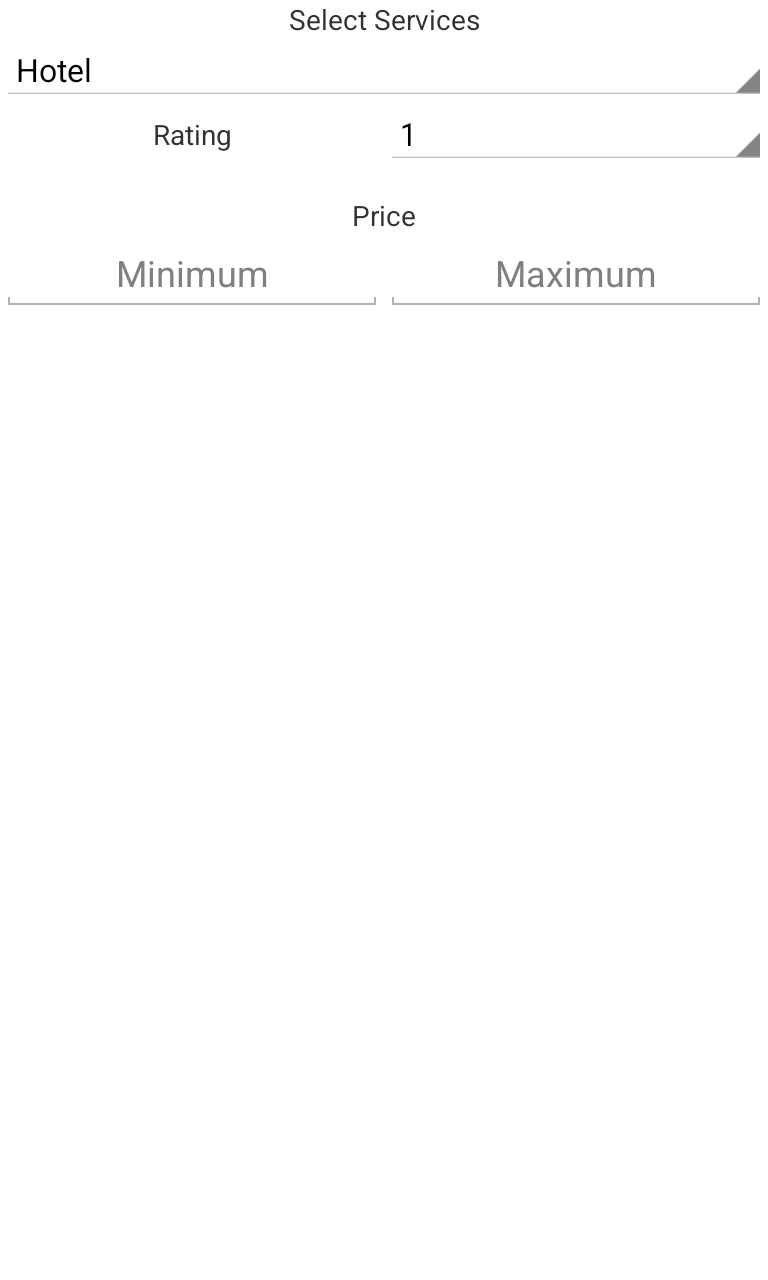
Repository: AungWinnHtut/projAndroid
Layout: com.engineer4myanmar.json.MainActivity/res/layout/activity_search.xml
The author's editor kept a copy of each file at every save. The layout is drawn from the files as they stood at one save, then again after a run of saves.
It is drawn on a 768 x 1280 px phone screen (xhdpi) without system bars, with theme AppTheme; the app's code is not run.

Above is the layout before, as saved 2015-08-23 11:19:47.

### com.engineer4myanmar.json.MainActivity/res/layout/activity_search.xml
<LinearLayout xmlns:android="http://schemas.android.com/apk/res/android"
    xmlns:tools="http://schemas.android.com/tools"
    android:layout_width="match_parent"
    android:layout_height="match_parent"
    android:orientation="vertical" >

    <LinearLayout
        android:layout_width="match_parent"
        android:layout_height="wrap_content"
        android:orientation="vertical" >

        <TextView
            android:layout_width="match_parent"
            android:layout_height="wrap_content"
            android:layout_gravity="center"
            android:gravity="center"
            android:text="Select Services" />

        <Spinner
            android:id="@+id/spinner1"
            android:layout_width="match_parent"
            android:layout_height="wrap_content"
            android:entries="@array/services_arrays"
            android:prompt="@string/services_prompt" />
    </LinearLayout>

    <LinearLayout
        android:layout_width="match_parent"
        android:layout_height="wrap_content"
        android:orientation="horizontal" >

        <TextView
            android:layout_width="0dp"
            android:layout_height="wrap_content"
            android:layout_gravity="center"
            android:layout_weight="1"
            android:gravity="center"
            android:text="Rating" />

        <Spinner
            android:id="@+id/spinner1"
            android:layout_width="0dp"
            android:layout_height="wrap_content"
            android:layout_gravity="center"
            android:layout_weight="1"
            android:entries="@array/ratings_arrays"
            android:gravity="center"
            android:prompt="@string/rating_prompt" />
    </LinearLayout>

    <LinearLayout
        android:layout_width="match_parent"
        android:layout_height="wrap_content"
        android:layout_marginTop="15dp"
        android:orientation="horizontal" >

        <TextView
            android:layout_width="match_parent"
            android:layout_height="wrap_content"
            android:layout_gravity="center"
            android:gravity="center"
            android:text="Price" />
    </LinearLayout>

    <LinearLayout
        android:layout_width="match_parent"
        android:layout_height="wrap_content"
        android:orientation="horizontal" >

        <EditText
            android:layout_width="0dp"
            android:layout_height="wrap_content"
            android:layout_gravity="center"
            android:layout_weight="1"
            android:gravity="center"
            android:hint="Minimum" />
         <EditText
            android:layout_width="0dp"
            android:layout_height="wrap_content"
            android:layout_gravity="center"
            android:layout_weight="1"
            android:gravity="center"
            android:hint="Maximum" />

    </LinearLayout>

</LinearLayout>

### com.engineer4myanmar.json.MainActivity/res/values/strings.xml
<resources>

    <string name="app_name">ExcellentService</string>
    <string name="hello_world">Hello world!</string>
    <string name="menu_settings">Settings</string>
    <string name="title_activity_main">ExcellentService</string>
    <string name="title_activity_services_menu">ExcellentService</string>
    <string name="title_activity_register">ExcellentService</string>
    <string name="title_activity_welcome">WelcomeActivity</string>
    <string name="title_activity_search">SearchActivity</string>
    <string name="services_prompt">Hotel</string>
    <string name="rating_prompt">1</string>
    <string name="cuisine_prompt">Chinese</string>
    <string name="range_prompt">1 km</string>

    <string-array name="services_arrays">
        <item>Hotel</item>
        <item>Bank</item>
        <item>Restaurant</item>
        <item>Hospital</item>
    </string-array>
    <string-array name="ratings_arrays">
        <item>1</item>
        <item>2</item>
        <item>3</item>
        <item>4</item>
        <item>5</item>
    </string-array>
    <string-array name="cuisine_arrays">
        <item>Chinese</item>
        <item>Thai</item>
        <item>Burmese</item>
        <item>Japanese</item>
    </string-array>

      <string-array name="range_arrays">
        <item>1 km</item>
        <item>2 km</item>
        <item>3 km</item>
        <item>4 km</item>
        <item>5 km</item>
    </string-array>

</resources>

Loaded but not shown: com.engineer4myanmar.json.MainActivity/res/values-v11/styles.xml (common file); com.engineer4myanmar.json.MainActivity/res/values-v14/styles.xml (common file); com.engineer4myanmar.json.MainActivity/res/values/styles.xml (common file)

After the next 2 saves:
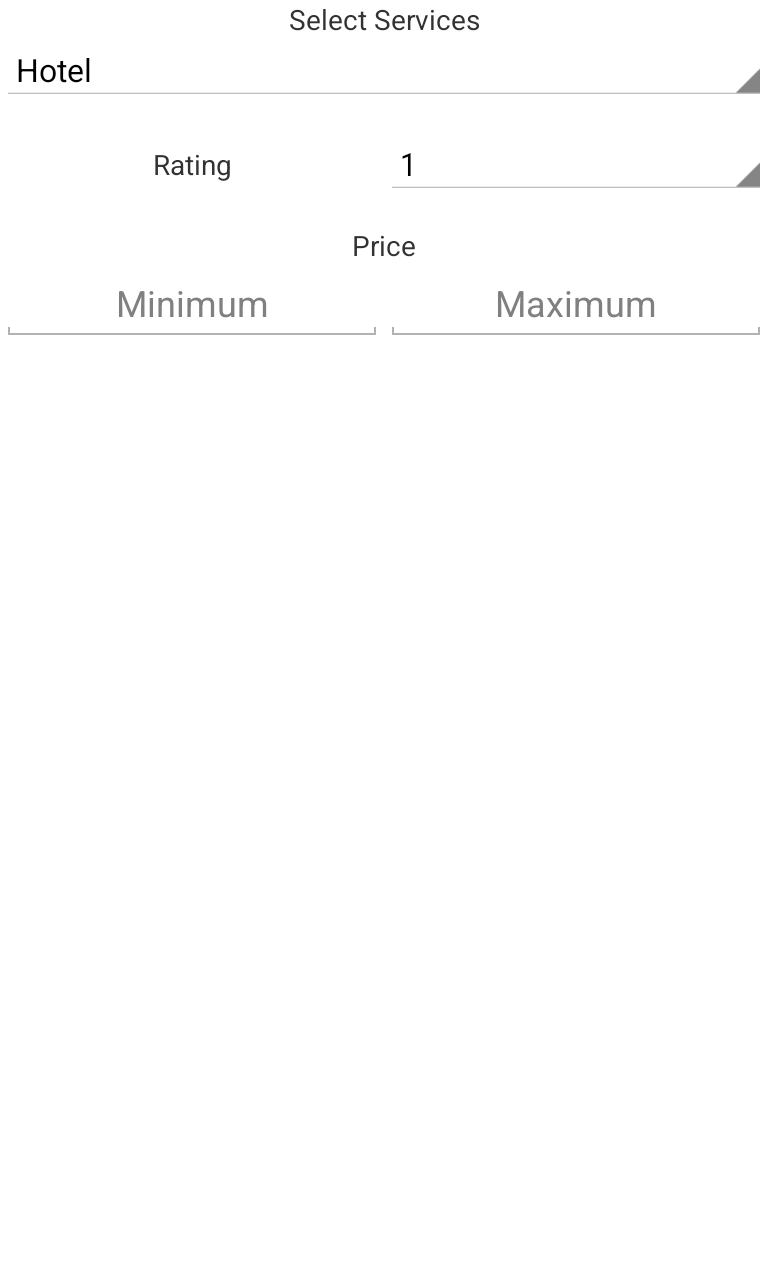
The 2 saves are shown as one change because they came seconds apart.
The last was saved 14 s later.
--- a/com.engineer4myanmar.json.MainActivity/res/layout/activity_search.xml
+++ b/com.engineer4myanmar.json.MainActivity/res/layout/activity_search.xml
@@ -27,6 +27,7 @@
     <LinearLayout
         android:layout_width="match_parent"
         android:layout_height="wrap_content"
+        android:layout_marginTop="15dp"
         android:orientation="horizontal" >
 
         <TextView
